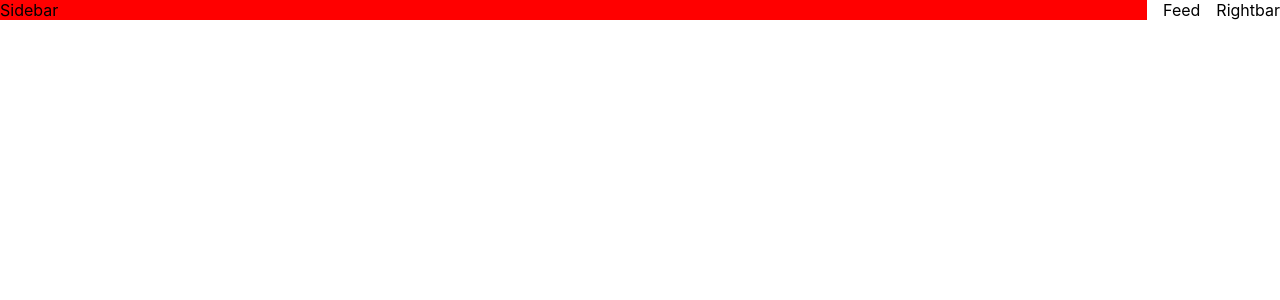
Repository: abubaker-cs/mui5_dashboard
Page: /
These files come from the project's save history. The page is drawn as it stood at one moment and after the next save; the edit follows.
The browser window is 1280 px wide. The pictures show the whole page.
The project was rebuilt for these pictures with package versions that can differ from the ones it lists, and the page was loaded fresh each time. Also part of the build but not shown: src/App.css.

Above is the page before, as saved 2022-07-17 05:25:36.

### public/index.html
<!DOCTYPE html>
<html lang="en">
  <head>
    <meta charset="utf-8" />
    <link rel="icon" href="%PUBLIC_URL%/favicon.ico" />
    <meta name="viewport" content="width=device-width, initial-scale=1" />
    <meta name="theme-color" content="#000000" />
    <meta
      name="description"
      content="Web site created using create-react-app"
    />
    <link rel="apple-touch-icon" href="%PUBLIC_URL%/logo192.png" />

    <link rel="manifest" href="%PUBLIC_URL%/manifest.json" />
    <link
      rel="stylesheet"
      href="https://fonts.googleapis.com/css?family=Roboto:300,400,500,700&display=swap"
    />
    <link
      rel="stylesheet"
      href="https://fonts.googleapis.com/icon?family=Material+Icons"
    />

    <title>React App</title>
  </head>
  <body>
    <noscript>You need to enable JavaScript to run this app.</noscript>
    <div id="root"></div>
  </body>
</html>

### src/App.js
import "./App.css";
import Sidebar from "./components/Sidebar";
import Feed from "./components/Feed";
import Rightbar from "./components/Rightbar";
import { Box, Container, Stack } from "@mui/material";

function App() {
  return (
    <Box>
      {/* navbar */}

      <Stack direction="row" spacing={2} justifyContent="space-evenly">
        <Sidebar />
        <Feed />
        <Rightbar />
      </Stack>
    </Box>
  );
}

export default App;

### src/components/Sidebar.jsx
import { Box } from "@mui/material";
import React from "react";

const Sidebar = () => {
  return (
    <Box bgcolor="red" flex={1}>
      Sidebar
    </Box>
  );
};

export default Sidebar;

### src/components/Rightbar.jsx
import React from "react";

const Rightbar = () => {
  return <div>Rightbar</div>;
};

export default Rightbar;

Loaded but not shown: src/index.js (common file); src/index.css (common file); src/components/Feed.jsx (common file)

After the next save:
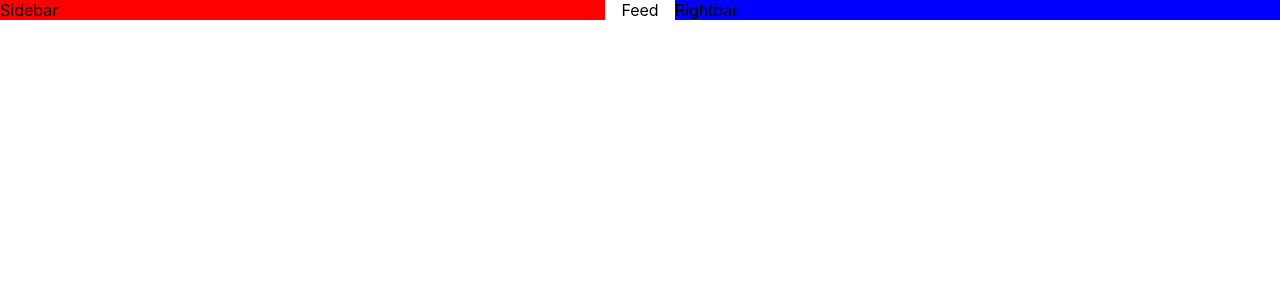
Saved 39 s later.
--- a/src/components/Rightbar.jsx
+++ b/src/components/Rightbar.jsx
@@ -1,7 +1,12 @@
+import { Box } from "@mui/material";
 import React from "react";
 
 const Rightbar = () => {
-  return <div>Rightbar</div>;
+  return (
+    <Box bgcolor="blue" flex={1}>
+      Rightbar
+    </Box>
+  );
 };
 
 export default Rightbar;
